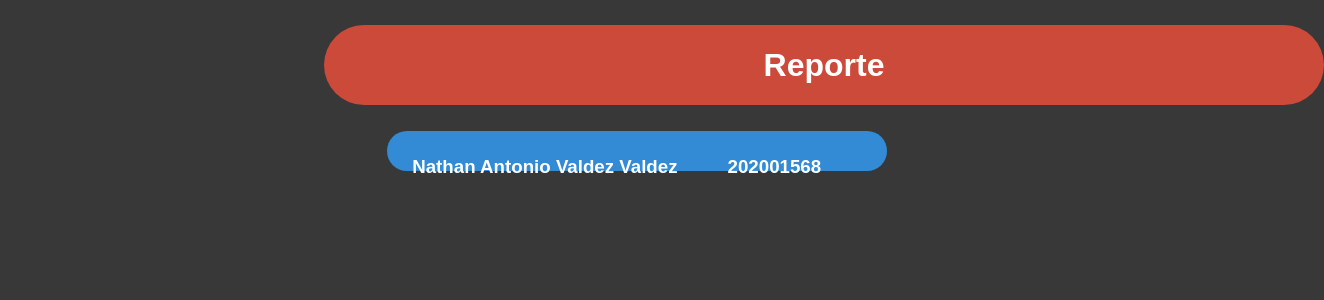
Repository: nathanvdev/LFP_PR_202001568
Page: plantilla.html
These files come from the project's save history. The page is drawn as it stood at one moment and after the next save; the edit follows.
The browser window is 1280 px wide. The page is 1324 px wide, so the pictures cover 1324 px, including what lies to the right of the window. The pictures show the whole page.

Above is the page before, as saved 2022-02-19 18:54:10.

After the next save:
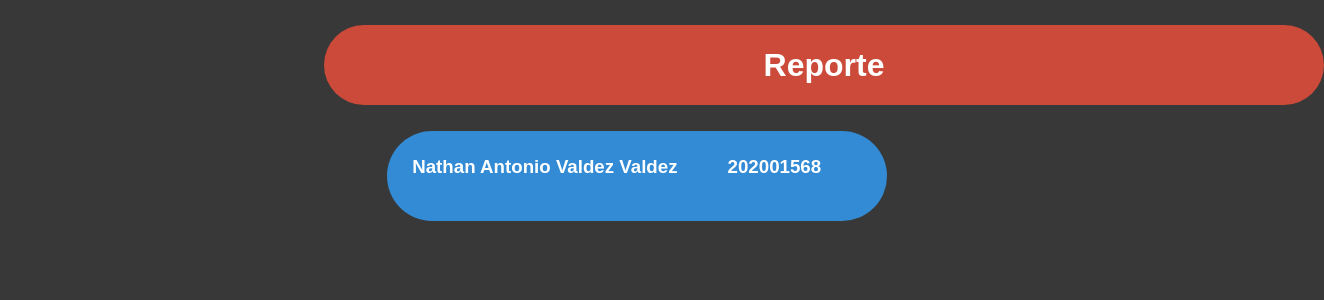
Saved 4 s later.
--- a/plantilla.html
+++ b/plantilla.html
@@ -25,7 +25,7 @@
     }
     .PersonalInfo{
         background-color: rgb(50, 139, 212);
-        height: 40px;
+        height: 90px;
         width: 500px;
         margin: 2%;
         margin-left: 30%;
